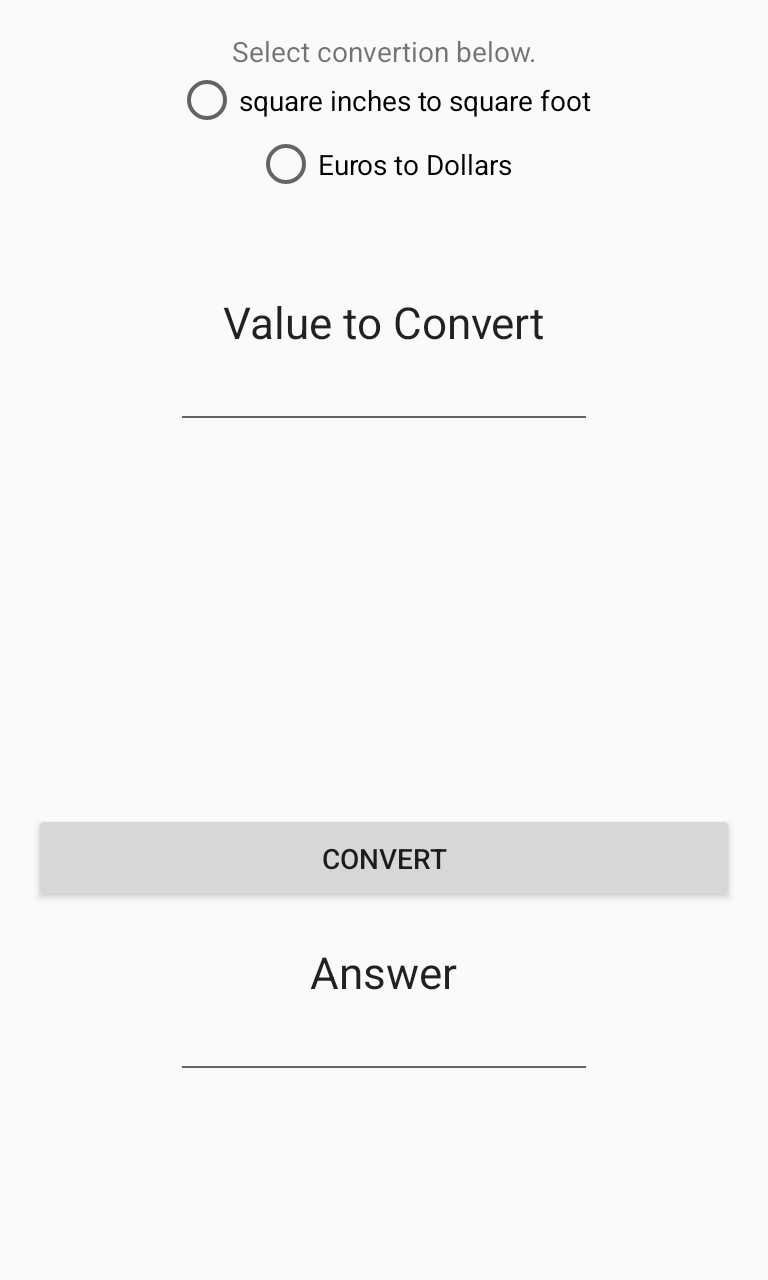
Repository: awayzo/6300Fall14Assignment4
Layout: UnitConvertor/res/layout/activity_area.xml
These files come from the project's save history. The layout is drawn as it stood at one moment and after a run of saves; the edit follows.
It is drawn on a 768 x 1280 px phone screen (xhdpi) without system bars, with theme AppTheme; the app's code is not run.

Above is the layout before, as saved 2014-09-26 21:39:13.

### UnitConvertor/res/layout/activity_area.xml
<RelativeLayout xmlns:android="http://schemas.android.com/apk/res/android"
    xmlns:tools="http://schemas.android.com/tools"
    android:layout_width="match_parent"
    android:layout_height="match_parent"
    android:paddingBottom="@dimen/activity_vertical_margin"
    android:paddingLeft="@dimen/activity_horizontal_margin"
    android:paddingRight="@dimen/activity_horizontal_margin"
    android:paddingTop="@dimen/activity_vertical_margin"
    tools:context="edu.gatech.seclass.unitconvertor.AreaActivity" >

   <TextView
        android:id="@+id/lblAnswer"
        android:layout_width="wrap_content"
        android:layout_height="wrap_content"
        android:layout_above="@+id/txtAnswer"
        android:layout_centerHorizontal="true"
        android:text="Answer"
        android:textAppearance="?android:attr/textAppearanceLarge" />

    <Button
        android:id="@+id/btnConvert"
        android:layout_width="match_parent"
        android:layout_height="wrap_content"
        android:layout_above="@+id/lblAnswer"
        android:layout_centerHorizontal="true"
        android:layout_marginBottom="18dp"
        android:text="Convert" />

    <TextView
        android:id="@+id/lblTitle_currency"
        android:layout_width="wrap_content"
        android:layout_height="wrap_content"
        android:layout_alignParentTop="true"
        android:layout_centerHorizontal="true"
        android:text="Select convertion below." />

    <RadioButton
        android:id="@+id/radioSqinchesToSqfoot"
        android:layout_width="wrap_content"
        android:layout_height="wrap_content"
        android:layout_below="@+id/textView3"
        android:layout_centerHorizontal="true"
        android:layout_marginTop="18dp"
        android:text="square inches to square foot" />

    <RadioButton
        android:id="@+id/radioInchesToCentometers"
        android:layout_width="wrap_content"
        android:layout_height="wrap_content"
        android:layout_below="@+id/radioSqinchesToSqfoot"
        android:layout_centerHorizontal="true"
        android:text="Euros to Dollars" />

    <TextView
        android:id="@+id/lblValue"
        android:layout_width="wrap_content"
        android:layout_height="wrap_content"
        android:layout_below="@+id/radioInchesToCentometers"
        android:layout_centerHorizontal="true"
        android:layout_marginTop="48dp"
        android:text="Value to Convert"
        android:textAppearance="?android:attr/textAppearanceLarge" />

    <EditText
        android:id="@+id/txtValue"
        android:layout_width="wrap_content"
        android:layout_height="wrap_content"
        android:layout_below="@+id/lblValue"
        android:layout_centerHorizontal="true"
        android:ems="10"
        android:inputType="numberDecimal" />

    <EditText
        android:id="@+id/txtAnswer"
        android:layout_width="wrap_content"
        android:layout_height="wrap_content"
        android:layout_alignLeft="@+id/txtValue"
        android:layout_alignParentBottom="true"
        android:layout_marginBottom="82dp"
        android:ems="10"
        android:inputType="numberDecimal" />
</RelativeLayout>

Loaded but not shown: UnitConvertor/res/values/styles.xml (common file); UnitConvertor/res/values-v11/styles.xml (common file); UnitConvertor/res/values-v14/styles.xml (common file); UnitConvertor/res/values/dimens.xml (common file); UnitConvertor/res/values-w820dp/dimens.xml (common file)

After the next 2 saves:
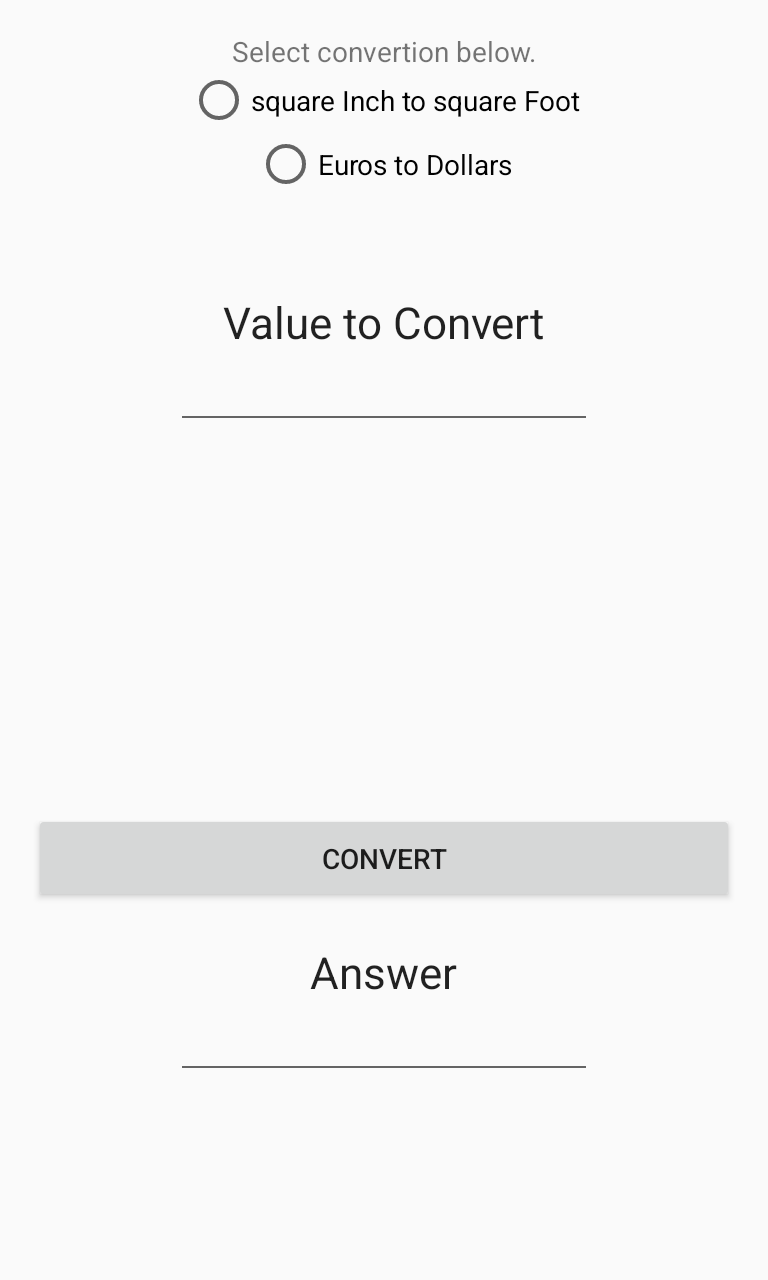
The 2 saves are shown as one change because they came seconds apart.
The last was saved 28 s later.
--- a/UnitConvertor/res/layout/activity_area.xml
+++ b/UnitConvertor/res/layout/activity_area.xml
@@ -35,19 +35,19 @@
         android:text="Select convertion below." />
 
     <RadioButton
-        android:id="@+id/radioSqinchesToSqfoot"
+        android:id="@+id/radioSqinchToSqfoot"
         android:layout_width="wrap_content"
         android:layout_height="wrap_content"
         android:layout_below="@+id/textView3"
         android:layout_centerHorizontal="true"
         android:layout_marginTop="18dp"
-        android:text="square inches to square foot" />
+        android:text="square Inch to square Foot" />
 
     <RadioButton
         android:id="@+id/radioInchesToCentometers"
         android:layout_width="wrap_content"
         android:layout_height="wrap_content"
-        android:layout_below="@+id/radioSqinchesToSqfoot"
+        android:layout_below="@+id/radioSqinchToSqfoot"
         android:layout_centerHorizontal="true"
         android:text="Euros to Dollars" />
 
